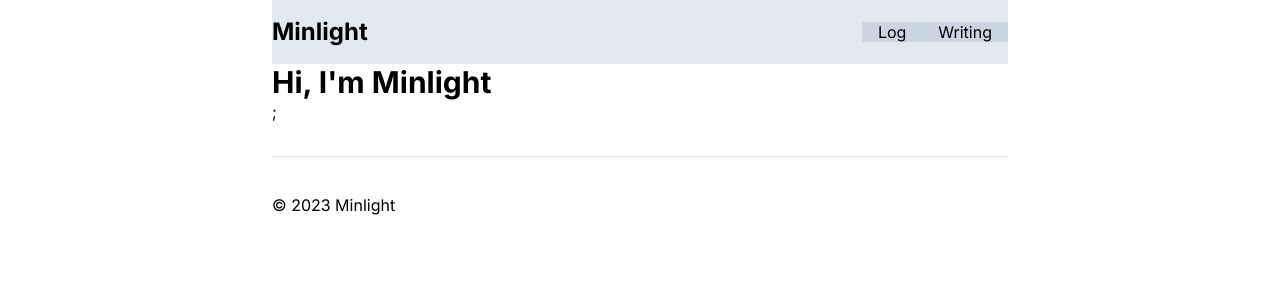
Repository: kwngmin/minlight-log
Page: /
An editor plug-in stored every save of this project. The page is shown before and after the next save, followed by the edit.
The browser window is 1280 px wide. The pictures show the whole page.
The project was rebuilt for these pictures with package versions that can differ from the ones it lists, and the page was loaded fresh each time. The framework's server and built-in components were replaced by stand-ins that run in the browser. Also part of the build but not shown: next.config.js.

Above is the page before, as saved 2023-04-04 15:39:17.

### src/app/layout.tsx
import "./globals.css";
import Footer from "@/components/Footer";
import Header from "@/components/Header";

import { Inter } from "next/font/google";
const inter = Inter({ subsets: ["latin"] });

export const metadata = {
  title: {
    default: "Minlight",
    template: "Minlight | %s",
  },
  description: "Minlight log",
};

export default function RootLayout({
  children,
}: {
  children: React.ReactNode;
}) {
  return (
    <html lang="en" className={inter.className}>
      <body className="flex flex-col max-w-screen-md mx-auto px-4">
        <Header />
        <main className="grow">{children}</main>
        <Footer />
      </body>
    </html>
  );
}

### src/app/page.tsx
export default function Home() {
  return (
    <section>
      <h1 className="text-3xl font-bold">{`Hi, I'm Minlight`}</h1>;
    </section>
  );
}

### src/app/globals.css
@tailwind base;
@tailwind components;
@tailwind utilities;

* {
  box-sizing: border-box;
  padding: 0;
  margin: 0;
}
/*
:root {
  --max-width: 1100px;
  --border-radius: 12px;
  --font-mono: ui-monospace, Menlo, Monaco, "Cascadia Mono", "Segoe UI Mono",
    "Roboto Mono", "Oxygen Mono", "Ubuntu Monospace", "Source Code Pro",
    "Fira Mono", "Droid Sans Mono", "Courier New", monospace;

  --foreground-rgb: 0, 0, 0;
  --background-start-rgb: 214, 219, 220;
  --background-end-rgb: 255, 255, 255;

  --primary-glow: conic-gradient(
    from 180deg at 50% 50%,
    #16abff33 0deg,
    #0885ff33 55deg,
    #54d6ff33 120deg,
    #0071ff33 160deg,
    transparent 360deg
  );
  --secondary-glow: radial-gradient(
    rgba(255, 255, 255, 1),
    rgba(255, 255, 255, 0)
  );

  --tile-start-rgb: 239, 245, 249;
  --tile-end-rgb: 228, 232, 233;
  --tile-border: conic-gradient(
    #00000080,
    #00000040,
    #00000030,
    #00000020,
    #00000010,
    #00000010,
    #00000080
  );

  --callout-rgb: 238, 240, 241;
  --callout-border-rgb: 172, 175, 176;
  --card-rgb: 180, 185, 188;
  --card-border-rgb: 131, 134, 135;
}

@media (prefers-color-scheme: dark) {
  :root {
    --foreground-rgb: 255, 255, 255;
    --background-start-rgb: 0, 0, 0;
    --background-end-rgb: 0, 0, 0;

    --primary-glow: radial-gradient(rgba(1, 65, 255, 0.4), rgba(1, 65, 255, 0));
    --secondary-glow: linear-gradient(
      to bottom right,
      rgba(1, 65, 255, 0),
      rgba(1, 65, 255, 0),
      rgba(1, 65, 255, 0.3)
    );

    --tile-start-rgb: 2, 13, 46;
    --tile-end-rgb: 2, 5, 19;
    --tile-border: conic-gradient(
      #ffffff80,
      #ffffff40,
      #ffffff30,
      #ffffff20,
      #ffffff10,
      #ffffff10,
      #ffffff80
    );

    --callout-rgb: 20, 20, 20;
    --callout-border-rgb: 108, 108, 108;
    --card-rgb: 100, 100, 100;
    --card-border-rgb: 200, 200, 200;
  }
}

* {
  box-sizing: border-box;
  padding: 0;
  margin: 0;
}

html,
body {
  max-width: 100vw;
  overflow-x: hidden;
}

body {
  color: rgb(var(--foreground-rgb));
  background: linear-gradient(
      to bottom,
      transparent,
      rgb(var(--background-end-rgb))
    )
    rgb(var(--background-start-rgb));
}

a {
  color: inherit;
  text-decoration: none;
}

@media (prefers-color-scheme: dark) {
  html {
    color-scheme: dark;
  }
} */

### src/components/Footer.tsx
export default function Footer() {
  return (
    <section className="h-24 flex items-center border-t mt-8">
      © 2023 Minlight
    </section>
  );
}

### src/components/Header.tsx
import Link from "next/link";

const navList = [
  { name: "Log", url: "/log" },
  { name: "Writing", url: "/log" },
];

export default function Header() {
  return (
    <section className="h-16 bg-slate-200 flex items-center justify-between">
      <Link href="/" className="text-2xl font-bold">
        Minlight
      </Link>
      <nav className="">
        {navList.map(({ name, url }) => (
          <Link href={url} key={name} className="px-4 bg-slate-300">
            {name}
          </Link>
        ))}
      </nav>
    </section>
  );
}

Loaded but not shown: tailwind.config.js (common file)

After the next save:
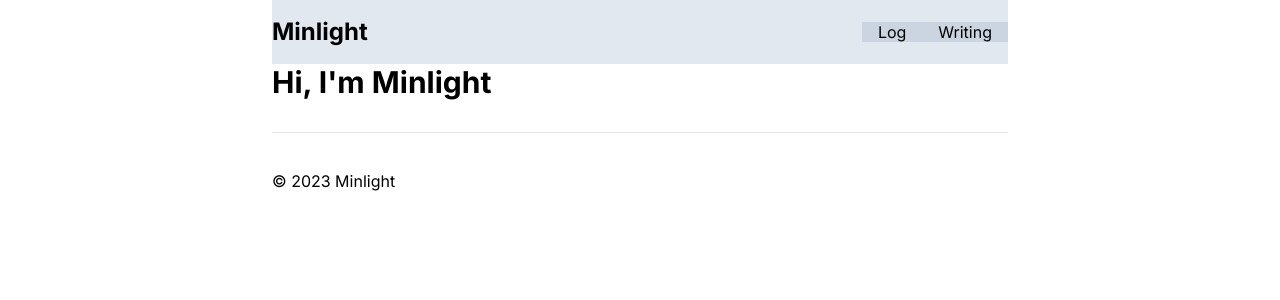
Saved 4 s later.
--- a/src/app/page.tsx
+++ b/src/app/page.tsx
@@ -1,7 +1,7 @@
 export default function Home() {
   return (
     <section>
-      <h1 className="text-3xl font-bold">{`Hi, I'm Minlight`}</h1>;
+      <h1 className="text-3xl font-bold">{`Hi, I'm Minlight`}</h1>
     </section>
   );
 }
